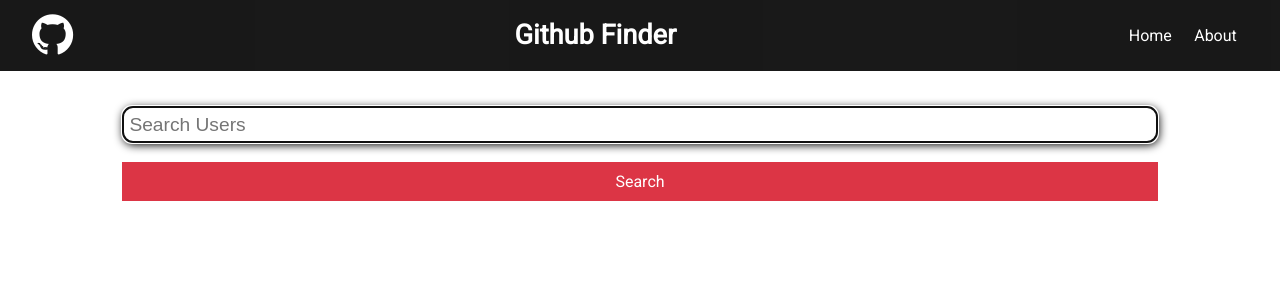
Repository: hemantsaini-7/ReactHooks-GitHub-Clone
Page: /
The author's editor kept a copy of each file at every save. The page is drawn from the files as they stood at one save, then again after the next save.
The browser window is 1280 px wide. The pictures show the whole page.
The first visible `.s-field` has the focus.
The project was rebuilt for these pictures with package versions that can differ from the ones it lists, and the page was loaded fresh each time. Also part of the build but not shown: src/components/users/UserItem.js, src/components/layout/Spinner.js, src/components/repos/RepoItem.js, src/components/repos/Repos.js, src/components/users/User.js, src/components/layout/Alert.js, src/components/pages/About.js.

Above is the page before, as saved 2020-08-06 09:39:50.

### public/index.html
<!DOCTYPE html>
<html lang="en">
  <head>
    <meta charset="utf-8" />
    <link rel="icon" href="%PUBLIC_URL%/favicon.ico" />
    <meta name="viewport" content="width=device-width, initial-scale=1" />
    <meta name="theme-color" content="#000000" />
    <meta
      name="description"
      content="Web site created using create-react-app"
    />
    <link rel="apple-touch-icon" href="%PUBLIC_URL%/logo192.png" />

    <link rel="manifest" href="%PUBLIC_URL%/manifest.json" />
    <link
      rel="stylesheet"
      href="https://stackpath.bootstrapcdn.com/font-awesome/4.7.0/css/font-awesome.min.css"
    />
    <title>React App</title>
  </head>
  <body>
    <noscript>You need to enable JavaScript to run this app.</noscript>
    <div id="root"></div>
  </body>
</html>

### src/App.js
import React, { Fragment, useState } from "react";
import "./App.css";
import { BrowserRouter as Router, Switch, Route } from "react-router-dom";
import Navbar from "./components/layout/Navbar";
import Users from "./components/users/Users";
import User from "./components/users/User";
import Search from "./components/users/Search";
import Alert from "./components/layout/Alert";
import About from "./components/pages/About";
import axios from "axios";
const App = () => {
  const [users, setUsers] = useState([]);
  const [user, setUser] = useState({});
  const [repos, setRepos] = useState([]);
  const [loading, setLoading] = useState(false);
  const [alert, setAlert] = useState(null);

  const searchUsers = async (text) => {
    //this.setState({ loading: true });
    setLoading(true);
    const res = await axios.get(
      `https://api.github.com/search/users?q=${text}&cliend_id=${process.env.REACT_APP_GITHUB_CLIENT_ID}&client_secret=${process.env.REACT_APP_GITHUB_CLIENT_SECRET}`
    );
    setUsers(res.data.items);
    setLoading(false);
  };

  const clearUsers = () => {
    setUsers([]);
    setLoading(false);
  };

  const showAlert = (msg, type) => {
    //this.setState({ alert: { msg, type } });
    setAlert({ msg, type });
    setTimeout(() => setAlert(null), 5000);
  };

  const getUser = async (username) => {
    setLoading(true);
    const res = await axios.get(
      `https://api.github.com/users/${username}?cliend_id=${process.env.REACT_APP_GITHUB_CLIENT_ID}&client_secret=${process.env.REACT_APP_GITHUB_CLIENT_SECRET}`
    );
    setUser(res.data);
    setLoading(false);
  };

  const getUserRepos = async (username) => {
    setLoading(true);
    const res = await axios.get(
      `https://api.github.com/users/${username}/repos?per_page=5&sort=created:asc&cliend_id=${process.env.REACT_APP_GITHUB_CLIENT_ID}&client_secret=${process.env.REACT_APP_GITHUB_CLIENT_SECRET}`
    );
    setRepos(res.data);
    setLoading(false);
  };

  return (
    <Router>
      <div className='App'>
        <Navbar title='Github Finder' />
        <div className='container'>
          <Alert alert={alert} />
          <Switch>
            <Route
              exact
              path='/'
              render={(props) => (
                <Fragment>
                  <Search
                    searchUsers={searchUsers}
                    clearUsers={clearUsers}
                    showClear={users.length > 0 ? true : false}
                    setAlert={showAlert}
                  />
                  <Users users={users} loading={loading} />
                </Fragment>
              )}
            />
            <Route exact path='/about' component={About} />
            <Route
              exact
              path='/user/:login'
              render={(props) => (
                <User
                  {...props}
                  getUser={getUser}
                  getUserRepos={getUserRepos}
                  repos={repos}
                  user={user}
                  loading={loading}
                />
              )}
            />
          </Switch>
        </div>
      </div>
    </Router>
  );
};

export default App;

### src/App.css
@import url("https://fonts.googleapis.com/css?family=Roboto");

/* Global Styles */
:root {
  --primary-color: #dc3545;
  --dark-color: #333333;
  --light-color: #f4f4f4;
  --danger-color: #dc3545;
  --success-color: #28a745;
}

* {
  box-sizing: border-box;
  margin: 0;
  padding: 0;
}

body {
  font-family: "Roboto", sans-serif;
  font-size: 1rem;
  line-height: 1.6;
  background-color: #fff;
  color: #333;
}

a {
  color: var(--primary-color);
  text-decoration: none;
}

a:hover {
  color: #666;
}

ul {
  list-style: none;
}

img {
  width: 100%;
}

/* Utilities */
.container {
  max-width: 1100px;
  margin: auto;
  overflow: hidden;
  padding: 0 2rem;
}

/* Text Styles*/
.x-large {
  font-size: 4rem;
  line-height: 1.2;
  margin-bottom: 1rem;
}

.large {
  font-size: 3rem;
  line-height: 1.2;
  margin-bottom: 1rem;
}

.lead {
  font-size: 1.5rem;
  margin-bottom: 1rem;
}

.text-center {
  text-align: center;
}

.text-primary {
  color: var(--primary-color);
}

.text-dark {
  color: var(--dark-color);
}

.text-success {
  color: var(--success-color);
}

.text-danger {
  color: var(--danger-color);
}

.text-center {
  text-align: center;
}

.text-right {
  text-align: right;
}

.text-left {
  text-align: left;
}

/* Center All */
.all-center {
  display: flex;
  flex-direction: column;
  width: 100%;
  margin: auto;
  justify-content: center;
  align-items: center;
  text-align: center;
}

/* Cards */
.card {
  padding: 1rem;
  border: #ccc 1px dotted;
  margin: 0.7rem 0;
}

/* List */
.list {
  margin: 0.5rem 0;
}

.list li {
  padding-bottom: 0.3rem;
}

/* Padding */
.p {
  padding: 0.5rem;
}
.p-1 {
  padding: 1rem;
}
.p-2 {
  padding: 2rem;
}
.p-3 {
  padding: 3rem;
}
.py {
  padding: 0.5rem 0;
}
.py-1 {
  padding: 1rem 0;
}
.py-2 {
  padding: 2rem 0;
}
.py-3 {
  padding: 3rem 0;
}

/* Margin */
.m {
  margin: 0.5rem;
}
.m-1 {
  margin: 1rem;
}
.m-2 {
  margin: 2rem;
}
.m-3 {
  margin: 3rem;
}
.my {
  margin: 0.5rem 0;
}
.my-1 {
  margin: 1rem 0;
}
.my-2 {
  margin: 2rem 0;
}
.my-3 {
  margin: 3rem 0;
}

/* Grid */
.grid-2 {
  display: grid;
  grid-template-columns: repeat(2, 1fr);
  grid-gap: 1rem;
}

.grid-3 {
  display: grid;
  grid-template-columns: repeat(3, 1fr);
  grid-gap: 1rem;
}

.grid-4 {
  display: grid;
  grid-template-columns: repeat(4, 1fr);
  grid-gap: 1rem;
}

.btn {
  display: inline-block;
  background: var(--light-color);
  color: #333;
  padding: 0.4rem 1.3rem;
  font-size: 1rem;
  border: none;
  cursor: pointer;
  margin-right: 0.5rem;
  transition: opacity 0.2s ease-in;
  outline: none;
}

.btn-link {
  background: none;
  padding: 0;
  margin: 0;
}

.btn-block {
  display: block;
  width: 100%;
}

.btn-sm {
  font-size: 0.8rem;
  padding: 0.3rem 1rem;
  margin-right: 0.2rem;
}

.badge {
  display: inline-block;
  font-size: 0.8rem;
  padding: 0.2rem 0.7rem;
  text-align: center;
  margin: 0.3rem;
  background: var(--light-color);
  color: #333;
  border-radius: 5px;
}

.alert {
  padding: 0.7rem;
  margin: 1rem 0;
  opacity: 0.9;
  background: var(--light-color);
  color: #333;
}

.btn-primary,
.bg-primary,
.badge-primary,
.alert-primary {
  background: var(--primary-color);
  color: #fff;
}

.btn-light,
.bg-light,
.badge-light,
.alert-light {
  background: var(--light-color);
  color: #333;
}

.btn-dark,
.bg-dark,
.badge-dark,
.alert-dark {
  background: var(--dark-color);
  color: #fff;
}

.btn-danger,
.bg-danger,
.badge-danger,
.alert-danger {
  background: var(--danger-color);
  color: #fff;
}

.btn-success,
.bg-success,
.badge-success,
.alert-success {
  background: var(--success-color);
  color: #fff;
}

.btn-white,
.bg-white,
.badge-white,
.alert-white {
  background: #fff;
  color: #333;
  border: #ccc solid 1px;
}

.btn:hover {
  opacity: 0.8;
}

.bg-light,
.badge-light {
  border: #ccc solid 1px;
}

.round-img {
  border-radius: 50%;
}

/* Forms */
input {
  margin: 1.2rem 0;
}

.form-text {
  display: block;
  margin-top: 0.3rem;
  color: #888;
}

input[type="text"],
input[type="email"],
input[type="password"],
input[type="date"],
select,
textarea {
  display: block;
  width: 100%;
  padding: 0.4rem;
  font-size: 1.2rem;
  border: 1px solid #ccc;
}

input[type="submit"],
button {
  font: inherit;
}

table th,
table td {
  padding: 1rem;
  text-align: left;
}

table th {
  background: var(--light-color);
}

/* Navbar */
.navbar {
  display: flex;
  justify-content: space-between;
  align-items: center;
  padding: 0.7rem 2rem;
  z-index: 1;
  width: 100%;
  opacity: 0.9;
  margin-bottom: 1rem;
}

.navbar ul {
  display: flex;
}

.navbar a {
  color: #fff;
  padding: 0.45rem;
  margin: 0 0.25rem;
}

.navbar a:hover {
  color: var(--light-color);
}

.navbar .welcome span {
  margin-right: 0.6rem;
}
.bg-black {
  background: #000;
  color: #fff;
}
.nav-head {
  font-size: 1.7rem;
  /* margin-left: 100px; */
}
.s-field {
  border-radius: 10px;
  box-shadow: 1px 2px 10px #000;
}

/* Mobile Styles */
@media (max-width: 700px) {
  .hide-sm {
    display: none;
  }

  .grid-2,
  .grid-3,
  .grid-4 {
    grid-template-columns: 1fr;
  }

  /* Text Styles */
  .x-large {
    font-size: 3rem;
  }

  .large {
    font-size: 2rem;
  }

  .lead {
    font-size: 1rem;
  }

  /* Navbar */
  .navbar {
    display: block;
    text-align: center;
  }

  .navbar ul {
    text-align: center;
    justify-content: center;
  }
}

### src/components/layout/Navbar.js
import React from "react";
import { Link } from "react-router-dom";
function Navbar(props) {
  return (
    <nav className='navbar bg-black '>
      <span>
        <i className='fa fa-github fa-3x'></i>
      </span>
      <h3 className='nav-head'>{props.title}</h3>
      <ul>
        <li>
          <Link to='/'>Home</Link>
        </li>
        <li>
          <Link to='/about'>About</Link>
        </li>
      </ul>
    </nav>
  );
}

export default Navbar;

### src/components/users/Users.js
import React from "react";
import UserItem from "./UserItem";
import Spinner from "../layout/Spinner";

const Users = ({ users, loading }) => {
  if (loading) {
    return <Spinner />;
  } else {
    return (
      <div style={userStyle}>
        {users.map((user) => (
          <UserItem key={user.id} user={user} />
        ))}
      </div>
    );
  }
};

const userStyle = {
  display: "grid",
  gridTemplateColumns: "repeat(3,1fr)",
  gridGap: "1rem",
};

export default Users;

### src/components/users/Search.js
import React, { useState } from "react";

//Removal of this keyword
//addition of const while making function
//use of arrow to avoid bind()
//removal of this.setState() ==> Just call setText(pass the changed value)
//removal of this.state.text ==> text
//that this.props convertinto just props in function and that too we destructure on top

const Search = ({ setAlert, searchUsers, showClear, clearUsers }) => {
  const [text, setText] = useState("");

  const onChange = (e) => {
    setText(e.target.value);
  };

  const onSubmit = (e) => {
    e.preventDefault();

    if (text === "") {
      setAlert("Please Enter Something..!!", "light");
    } else {
      searchUsers(text);
      setText("");
    }
  };

  return (
    <div>
      <form onSubmit={onSubmit} className='form'>
        <input
          type='text'
          name='text'
          placeholder='Search Users'
          value={text}
          onChange={onChange}
          autoComplete='off'
          className='s-field'
        />
        <input
          type='submit'
          value='Search'
          className='btn btn-primary btn-block'
        />
      </form>

      {showClear && (
        <button className='btn btn-light btn-block' onClick={clearUsers}>
          Clear
        </button>
      )}
    </div>
  );
};

export default Search;

Loaded but not shown: src/index.js (common file); public/manifest.json (common file)

After the next save:
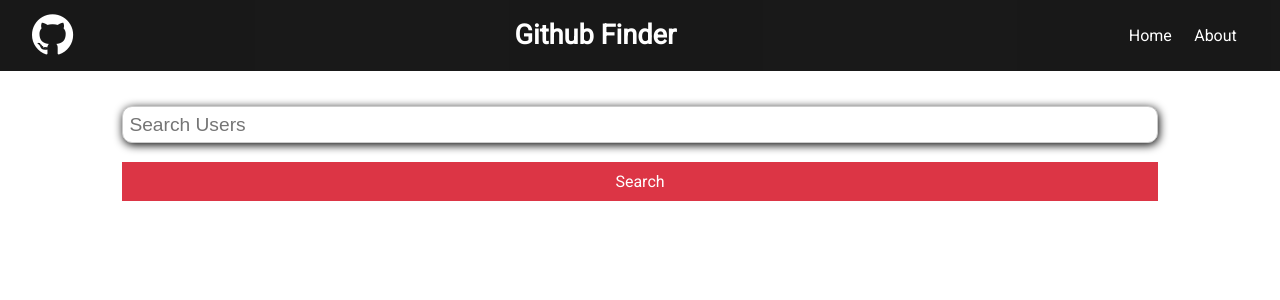
Saved 23 s later.
--- a/src/App.css
+++ b/src/App.css
@@ -387,7 +387,9 @@
   border-radius: 10px;
   box-shadow: 1px 2px 10px #000;
 }
-
+.s-field:focus {
+  outline: none;
+}
 /* Mobile Styles */
 @media (max-width: 700px) {
   .hide-sm {
